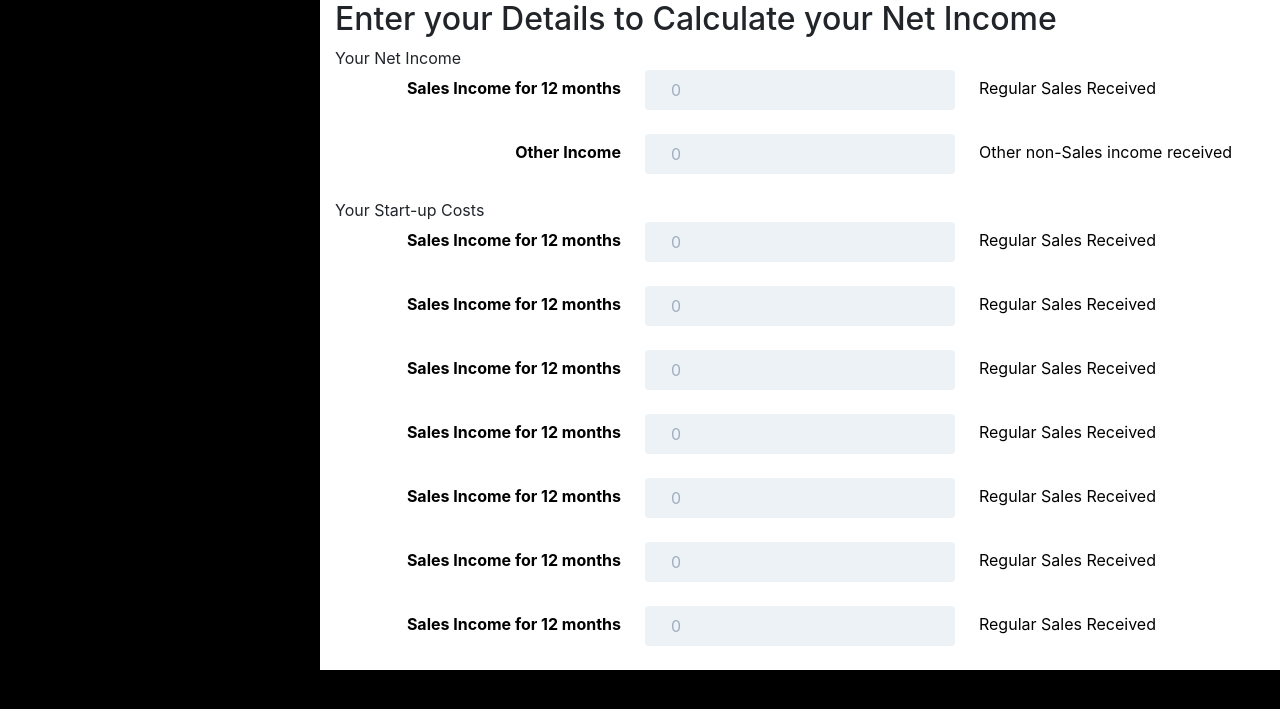
Repository: latenightsnacc/Financial-Forecast
Page: financial-forecast.html
The author's editor kept a copy of each file at every save. The page is drawn from the files as they stood at one save, then again after the next save.
The browser window is 1280 px wide. The pictures show the whole page.

Above is the page before, as saved 2020-11-15 11:53:16.

After the next save:
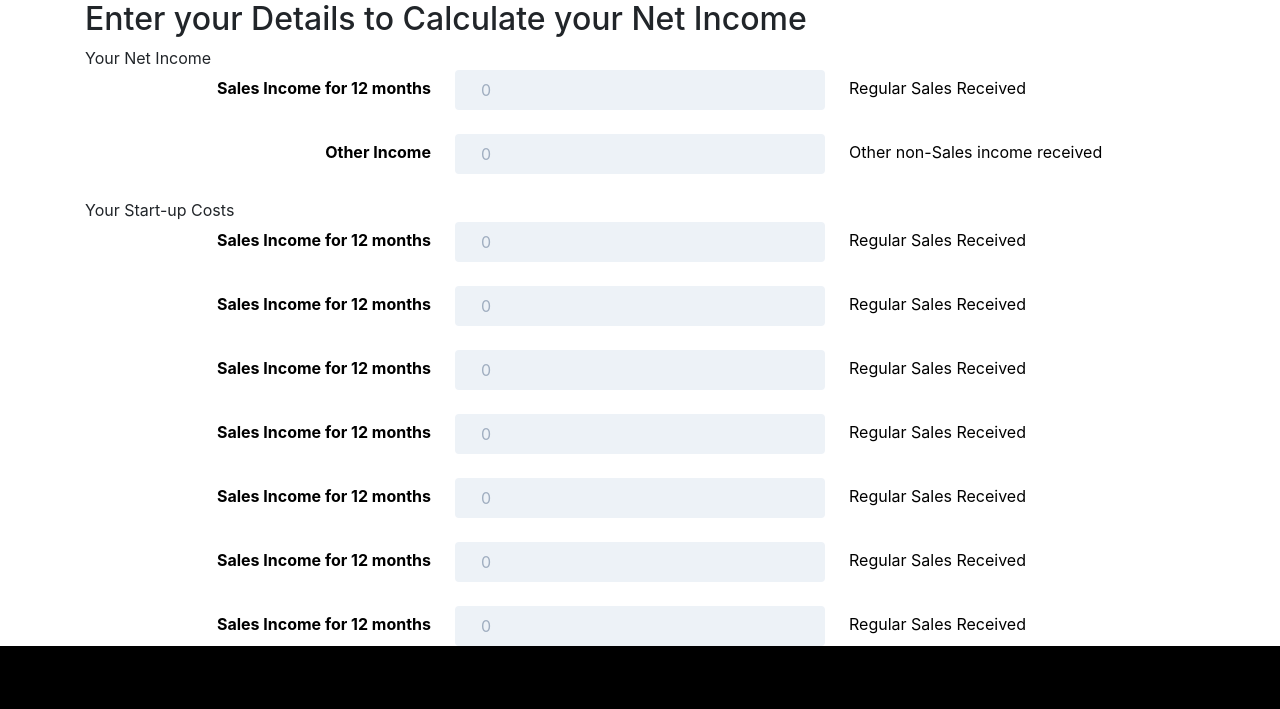
Saved 49 s later.
--- a/financial-forecast.html
+++ b/financial-forecast.html
@@ -16,7 +16,7 @@
     <div class="container">
         <!--Navigation-->
     </div>
-    <div class="wrapper float-right w-3/4 bg-white">
+    <div class="wrapper  bg-white">
         <div class="container">
             <h2 class="title">Enter your Details to Calculate your Net Income</h2>
         </div>
